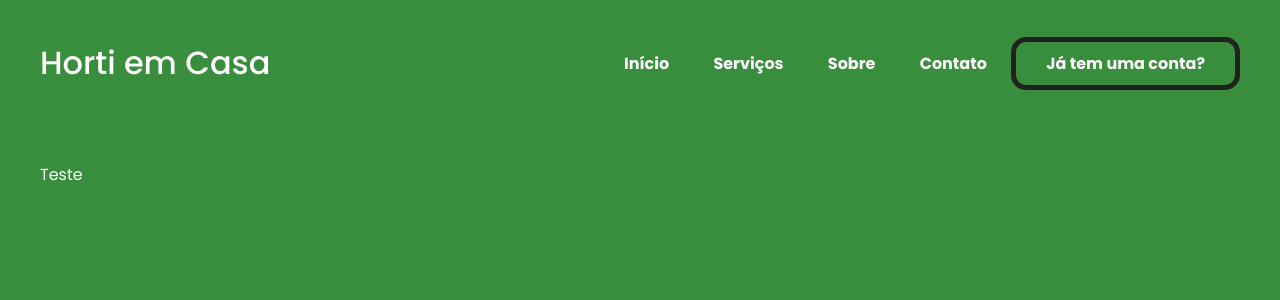
Repository: gabrielcastroo/horti-em-casa
Page: index.html
These files come from the project's save history. The page is drawn as it stood at one moment and after the next save; the edit follows.
The browser window is 1280 px wide. The pictures show the whole page.
Empty fields were first filled with sample values (such as "Sample", 5 or name@example.com).
After loading, the first visible `#submit` was clicked once.

Above is the page before, as saved 2022-04-26 15:04:06.

After the next save:
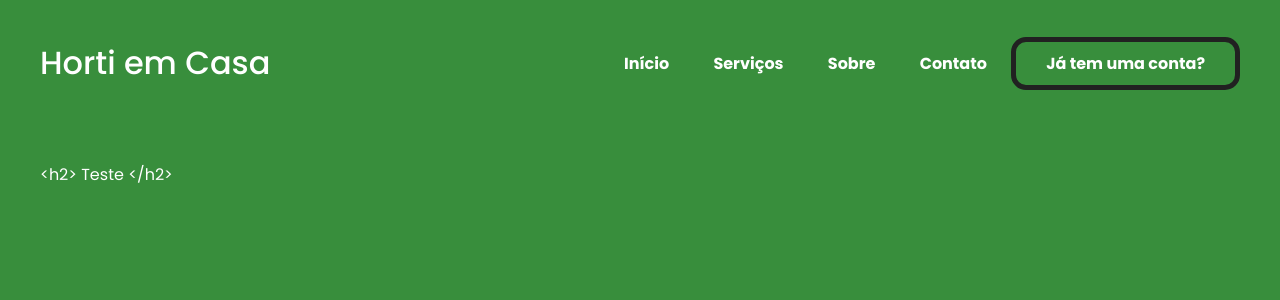
Saved 37 s later.
--- a/js/script.js
+++ b/js/script.js
@@ -8,7 +8,7 @@
     const email = document.querySelector("#email").value;
     const content = document.querySelector("main");
 
-    content.textContent = "Teste"
+    content.textContent = "<h2> Teste </h2>";
     console.log(name + " " + email)
 
 })
